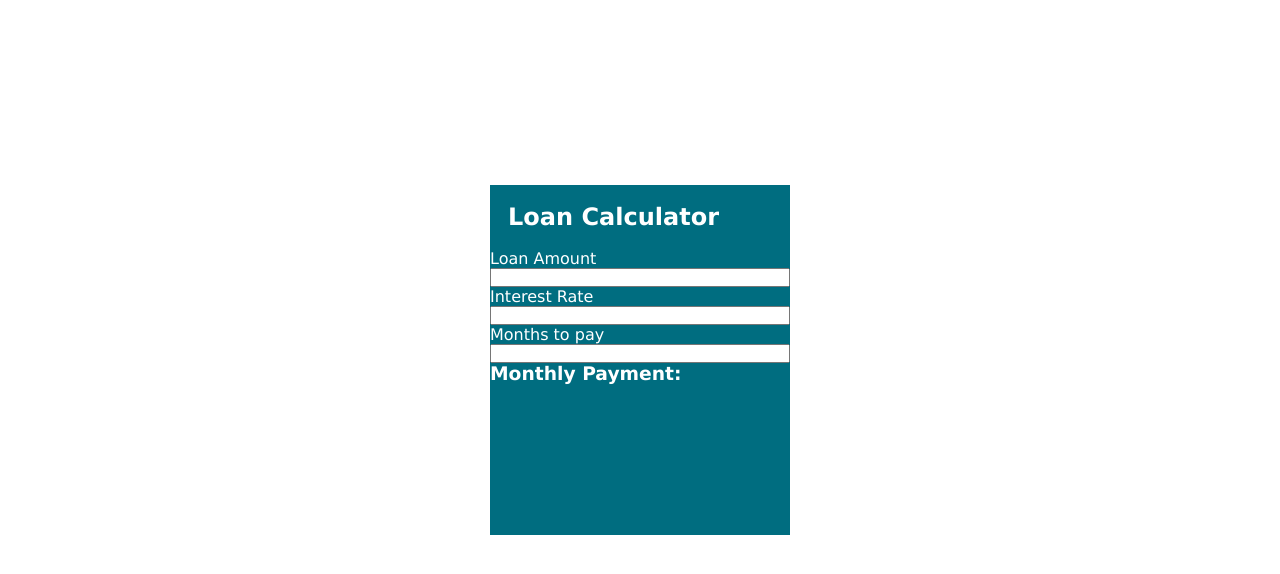
Repository: Ankitkr2021/Loan-Calculator
Page: index.html
The author's editor kept a copy of each file at every save. The page is drawn from the files as they stood at one save, then again after the next save.
The browser window is 1280 px wide. The pictures show the whole page.

Above is the page before, as saved 2025-10-28 08:51:51.

After the next save:
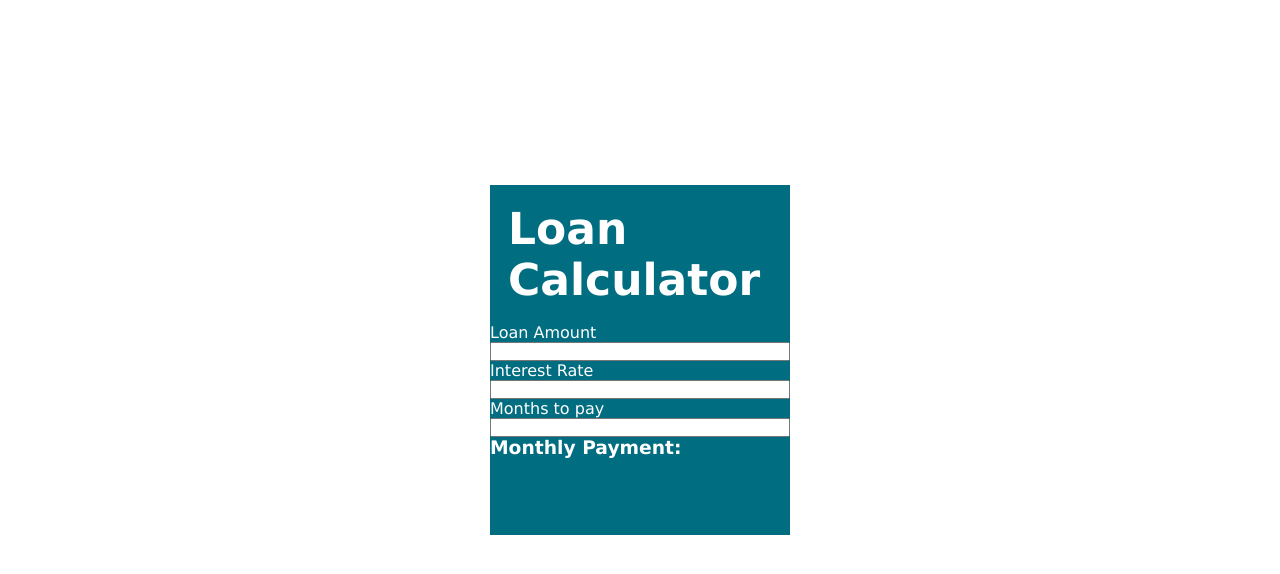
Saved 4 s later.
--- a/style.css
+++ b/style.css
@@ -24,5 +24,5 @@
 
 h1{
     padding: 18px;
-    font-size: 24px;
+    font-size: 44px;
 }
